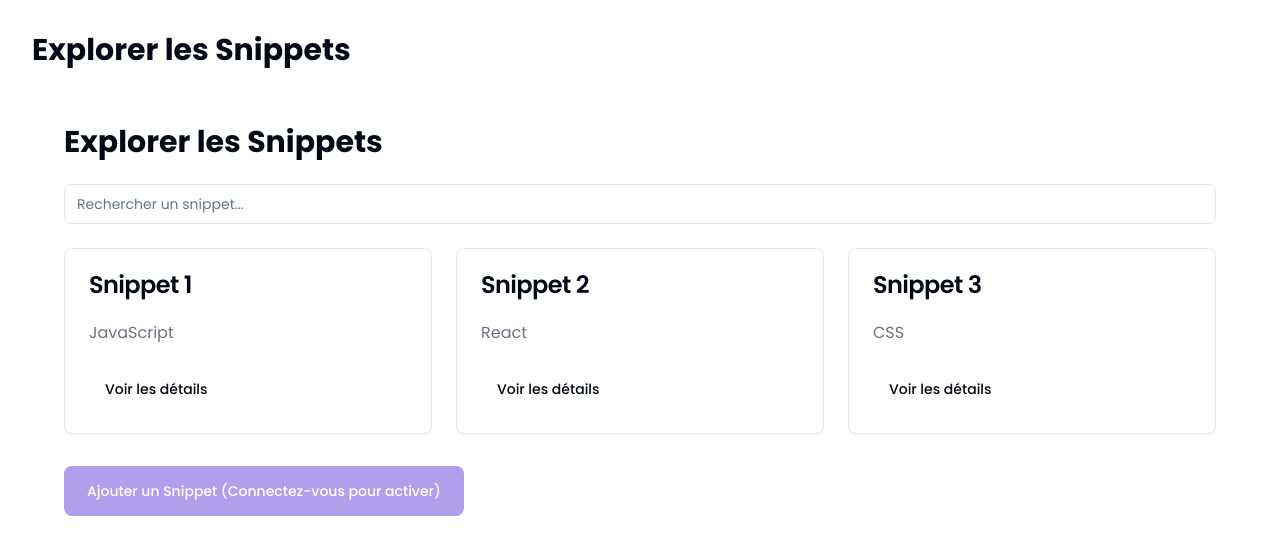
Repository: khadyba/Mediacy
Page: /Snippets
These files come from the project's save history. The page is drawn as it stood at one moment and after a run of saves; the edit follows.
The browser window is 1280 px wide. The pictures show the whole page.
The project was rebuilt for these pictures with package versions that can differ from the ones it lists, and the page was loaded fresh each time. The framework's server and built-in components were replaced by stand-ins that run in the browser. Also part of the build but not shown: next.config.mjs.

Above is the page before, as saved 2024-09-22 21:48:34.

### app/layout.tsx
import React from 'react';
import type { Metadata } from 'next';
import { Poppins } from 'next/font/google';
import "./globals.css";
const poppins = Poppins({ subsets: ["latin"],
  weight:['300','400','500','600','700'] });

export const metadata: Metadata = {
  title: "SnippetVault",

};

export default function RootLayout({
  children,
}: Readonly<{
  children: React.ReactNode;
}>) {
  return (
    <html lang="fr">
      <body className={poppins.className}>
          {children}
        </body>
    </html>
  );
}

### app/Snippets/layout.tsx
interface LandingSnippetProps {
    children: React.ReactNode;
  }

const LandingSnippet = ({ children }: LandingSnippetProps) => {
    return(
                  <div>
                    {children}
                  </div>
    )
}
export default LandingSnippet

### app/Snippets/page.tsx
"use client";

import ExploreSnippets from "../_components/CardSnippet";


export default function PageSnippets() {
  return (
    <div className="p-8">
      <h1 className="text-3xl font-bold mb-6">Explorer les Snippets</h1>

               <ExploreSnippets />
    </div>
  );
}

### app/globals.css
@tailwind base;
@tailwind components;
@tailwind utilities;


html,
body,
:root {
     height: 100%;
}

html, body {
  margin: 0;
  padding: 0;
  height: 100%;
  width: 100%;
}






:root {
  --foreground-rgb: 0, 0, 0;
  --background-start-rgb: 214, 219, 220;
  --background-end-rgb: 255, 255, 255;
}

@media (prefers-color-scheme: dark) {
  :root {
    --foreground-rgb: 255, 255, 255;
    --background-start-rgb: 0, 0, 0;
    --background-end-rgb: 0, 0, 0;
  }
}

@layer utilities {
  .text-balance {
    text-wrap: balance;
  }
}

@layer base {
  :root {
    --background: 0 0% 100%;
    --foreground: 222.2 84% 4.9%;
    --card: 0 0% 100%;
    --card-foreground: 222.2 84% 4.9%;
    --popover: 0 0% 100%;
    --popover-foreground: 222.2 84% 4.9%;
    --primary: 222.2 47.4% 11.2%;
    --primary-foreground: 210 40% 98%;
    --secondary: 210 40% 96.1%;
    --secondary-foreground: 222.2 47.4% 11.2%;
    --muted: 210 40% 96.1%;
    --muted-foreground: 215.4 16.3% 46.9%;
    --accent: 210 40% 96.1%;
    --accent-foreground: 222.2 47.4% 11.2%;
    --destructive: 0 84.2% 60.2%;
    --destructive-foreground: 210 40% 98%;
    --border: 214.3 31.8% 91.4%;
    --input: 214.3 31.8% 91.4%;
    --ring: 222.2 84% 4.9%;
    --chart-1: 12 76% 61%;
    --chart-2: 173 58% 39%;
    --chart-3: 197 37% 24%;
    --chart-4: 43 74% 66%;
    --chart-5: 27 87% 67%;
    --radius: 0.5rem;
  }
  .dark {
    --background: 222.2 84% 4.9%;
    --foreground: 210 40% 98%;
    --card: 222.2 84% 4.9%;
    --card-foreground: 210 40% 98%;
    --popover: 222.2 84% 4.9%;
    --popover-foreground: 210 40% 98%;
    --primary: 210 40% 98%;
    --primary-foreground: 222.2 47.4% 11.2%;
    --secondary: 217.2 32.6% 17.5%;
    --secondary-foreground: 210 40% 98%;
    --muted: 217.2 32.6% 17.5%;
    --muted-foreground: 215 20.2% 65.1%;
    --accent: 217.2 32.6% 17.5%;
    --accent-foreground: 210 40% 98%;
    --destructive: 0 62.8% 30.6%;
    --destructive-foreground: 210 40% 98%;
    --border: 217.2 32.6% 17.5%;
    --input: 217.2 32.6% 17.5%;
    --ring: 212.7 26.8% 83.9%;
    --chart-1: 220 70% 50%;
    --chart-2: 160 60% 45%;
    --chart-3: 30 80% 55%;
    --chart-4: 280 65% 60%;
    --chart-5: 340 75% 55%;
  }
}

@layer base {
  * {
    @apply border-border;
  }
  body {
    @apply bg-background text-foreground;
  }
}

### app/_components/CardSnippet.tsx
"use client";

import { Button } from "@/components/ui/button";
import { Input } from "@/components/ui/input";
import { Card, CardContent, CardFooter, CardHeader, CardTitle } from "@/components/ui/card";

const snippets = [
  { id: 1, title: "Snippet 1", category: "JavaScript" },
  { id: 2, title: "Snippet 2", category: "React" },
  { id: 3, title: "Snippet 3", category: "CSS" },
];

export default function ExploreSnippets() {
  return (
    <div className="p-8">
      <h1 className="text-3xl font-bold mb-6">Explorer les Snippets</h1>

      {/* Barre de recherche */}
      <div className="mb-6">
        <Input type="text" placeholder="Rechercher un snippet..." className="w-full" />
      </div>

      {/* Liste de snippets */}
      <div className="grid grid-cols-1 md:grid-cols-3 gap-6">
        {snippets.map((snippet) => (
          <Card key={snippet.id}>
            <CardHeader>
              <CardTitle>{snippet.title}</CardTitle>
            </CardHeader>
            <CardContent>
              <p className="text-gray-500">{snippet.category}</p>
            </CardContent>
            <CardFooter>
              <Button variant="outline">Voir les détails</Button>
            </CardFooter>
          </Card>
        ))}
      </div>

      {/* Bouton Ajouter un snippet (inactif) */}
      <div className="mt-8">
        <Button variant="secondary" size="lg" disabled>
          Ajouter un Snippet (Connectez-vous pour activer)
        </Button>
      </div>
    </div>
  );
}

### components/ui/button.tsx
import * as React from "react"
import { Slot } from "@radix-ui/react-slot"
import { cva, type VariantProps } from "class-variance-authority"

import { cn } from "@/lib/utils"

const buttonVariants = cva(
  "inline-flex items-center justify-center whitespace-nowrap rounded-md text-sm font-medium ring-offset-background transition-colors focus-visible:outline-none focus-visible:ring-2 focus-visible:ring-ring focus-visible:ring-offset-2 disabled:pointer-events-none disabled:opacity-50",
  {
    variants: {
      variant: {
        default: "bg-primary text-primary-foreground hover:bg-primary/90",
        primary: "bg-transparant hover:bg-[#6841DA] text-[#6841DA] hover:text-white border-[3px] border-[#6841DA] ",
        secondary: "bg-[#6841DA] text-white border-[3px] border-[#6841DA] ",
        purple: "bg-transparant  text-[#6841DA] border-[3px]  hover:bg-[#6841DA] hover:text-white border-[#6841DA] "
      },
      size: {
        default: "h-10 px-4 py-2",
        sm: "h-9 rounded-md px-3",
        lg: "h-[50px]  rounded-lg px-5 py-4",
        icon: "h-10 w-10",
      },
    },
    defaultVariants: {
      variant: "default",
      size: "default",
    },
  }
)

export interface ButtonProps
  extends React.ButtonHTMLAttributes<HTMLButtonElement>,
    VariantProps<typeof buttonVariants> {
  asChild?: boolean
}

const Button = React.forwardRef<HTMLButtonElement, ButtonProps>(
  ({ className, variant, size, asChild = false, ...props }, ref) => {
    const Comp = asChild ? Slot : "button"
    return (
      <Comp
        className={cn(buttonVariants({ variant, size, className }))}
        ref={ref}
        {...props}
      />
    )
  }
)
Button.displayName = "Button"

export { Button, buttonVariants }

### components/ui/input.tsx
import * as React from "react"

import { cn } from "@/lib/utils"

export interface InputProps
  extends React.InputHTMLAttributes<HTMLInputElement> {}

const Input = React.forwardRef<HTMLInputElement, InputProps>(
  ({ className, type, ...props }, ref) => {
    return (
      <input
        type={type}
        className={cn(
         "flex h-10 w-full rounded-md border border-input bg-background px-3 py-2 text-sm ring-offset-background file:border-0 file:bg-transparent file:text-sm file:font-medium file:text-foreground placeholder:text-muted-foreground focus-visible:outline-none focus-visible:ring-2 focus-visible:ring-[#6841DA] focus-visible:ring-offset-2 hover:border-[#6841DA] disabled:cursor-not-allowed disabled:opacity-50",
          className
        )}
        ref={ref}
        {...props}
      />
    )
  }
)
Input.displayName = "Input"

export { Input }

### components/ui/card.tsx
import * as React from "react"

import { cn } from "@/lib/utils"

const Card = React.forwardRef<
  HTMLDivElement,
  React.HTMLAttributes<HTMLDivElement>
>(({ className, ...props }, ref) => (
  <div
    ref={ref}
    className={cn(
      "rounded-lg border bg-card text-card-foreground shadow-sm",
      className
    )}
    {...props}
  />
))
Card.displayName = "Card"

const CardHeader = React.forwardRef<
  HTMLDivElement,
  React.HTMLAttributes<HTMLDivElement>
>(({ className, ...props }, ref) => (
  <div
    ref={ref}
    className={cn("flex flex-col space-y-1.5 p-6", className)}
    {...props}
  />
))
CardHeader.displayName = "CardHeader"

const CardTitle = React.forwardRef<
  HTMLParagraphElement,
  React.HTMLAttributes<HTMLHeadingElement>
>(({ className, ...props }, ref) => (
  <h3
    ref={ref}
    className={cn(
      "text-2xl font-semibold leading-none tracking-tight",
      className
    )}
    {...props}
  />
))
CardTitle.displayName = "CardTitle"

const CardDescription = React.forwardRef<
  HTMLParagraphElement,
  React.HTMLAttributes<HTMLParagraphElement>
>(({ className, ...props }, ref) => (
  <p
    ref={ref}
    className={cn("text-sm text-muted-foreground", className)}
    {...props}
  />
))
CardDescription.displayName = "CardDescription"

const CardContent = React.forwardRef<
  HTMLDivElement,
  React.HTMLAttributes<HTMLDivElement>
>(({ className, ...props }, ref) => (
  <div ref={ref} className={cn("p-6 pt-0", className)} {...props} />
))
CardContent.displayName = "CardContent"

const CardFooter = React.forwardRef<
  HTMLDivElement,
  React.HTMLAttributes<HTMLDivElement>
>(({ className, ...props }, ref) => (
  <div
    ref={ref}
    className={cn("flex items-center p-6 pt-0", className)}
    {...props}
  />
))
CardFooter.displayName = "CardFooter"

export { Card, CardHeader, CardFooter, CardTitle, CardDescription, CardContent }

### tailwind.config.ts
import type { Config } from "tailwindcss";

const config: Config = {
    darkMode: ["class"],
    content: [
    "./pages/**/*.{js,ts,jsx,tsx,mdx}",
    "./components/**/*.{js,ts,jsx,tsx,mdx}",
    "./app/**/*.{js,ts,jsx,tsx,mdx}",
  ],
  theme: {
  	extend: {
  		backgroundImage: {
  			'gradient-radial': 'radial-gradient(var(--tw-gradient-stops))',
  			'gradient-conic': 'conic-gradient(from 180deg at 50% 50%, var(--tw-gradient-stops))'
  		},
  		borderRadius: {
  			lg: 'var(--radius)',
  			md: 'calc(var(--radius) - 2px)',
  			sm: 'calc(var(--radius) - 4px)'
  		},
  		colors: {
  			background: 'hsl(var(--background))',
  			foreground: 'hsl(var(--foreground))',
  			card: {
  				DEFAULT: 'hsl(var(--card))',
  				foreground: 'hsl(var(--card-foreground))'
  			},
  			popover: {
  				DEFAULT: 'hsl(var(--popover))',
  				foreground: 'hsl(var(--popover-foreground))'
  			},
  			primary: {
  				DEFAULT: 'hsl(var(--primary))',
  				foreground: 'hsl(var(--primary-foreground))'
  			},
  			secondary: {
  				DEFAULT: 'hsl(var(--secondary))',
  				foreground: 'hsl(var(--secondary-foreground))'
  			},
  			muted: {
  				DEFAULT: 'hsl(var(--muted))',
  				foreground: 'hsl(var(--muted-foreground))'
  			},
  			accent: {
  				DEFAULT: 'hsl(var(--accent))',
  				foreground: 'hsl(var(--accent-foreground))'
  			},
  			destructive: {
  				DEFAULT: 'hsl(var(--destructive))',
  				foreground: 'hsl(var(--destructive-foreground))'
  			},
  			border: 'hsl(var(--border))',
  			input: 'hsl(var(--input))',
  			ring: 'hsl(var(--ring))',
  			chart: {
  				'1': 'hsl(var(--chart-1))',
  				'2': 'hsl(var(--chart-2))',
  				'3': 'hsl(var(--chart-3))',
  				'4': 'hsl(var(--chart-4))',
  				'5': 'hsl(var(--chart-5))'
  			},
			  transparent: 'transparent',
			  current: 'currentColor',
			  'white': '#ffffff',
			  'purple': '#3f3cbb',
			  'midnight': '#121063',
			  'metal': '#565584',
			  'tahiti': '#3ab7bf',
			  'silver': '#ecebff',
			  'bubble-gum': '#ff77e9',
			  'bermuda': '#78dcca',
  		}
  	}
  },
  plugins: [require("tailwindcss-animate")],
};
export default config;

Loaded but not shown: lib/utils.ts (common file)

After the next 12 saves:
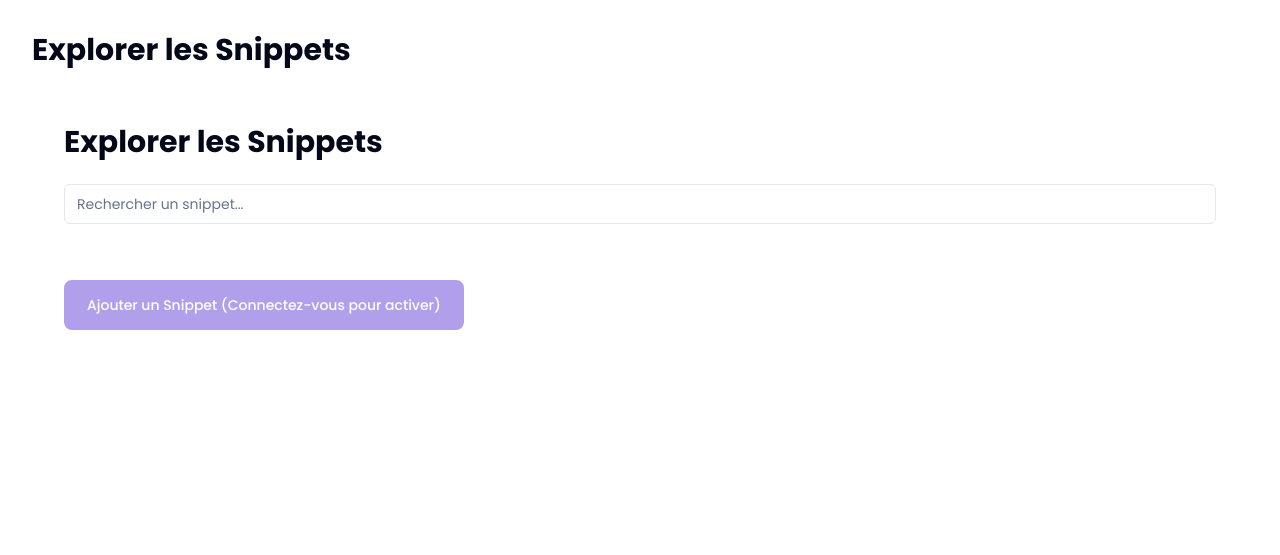
The 12 saves are shown as one change because 2 did not build or start and some came seconds apart.
The last was saved 112 s later.
--- a/app/_components/CardSnippet.tsx
+++ b/app/_components/CardSnippet.tsx
@@ -1,16 +1,13 @@
 "use client";
-
+import { useState, useEffect } from "react";
 import { Button } from "@/components/ui/button";
 import { Input } from "@/components/ui/input";
 import { Card, CardContent, CardFooter, CardHeader, CardTitle } from "@/components/ui/card";
 
-const snippets = [
-  { id: 1, title: "Snippet 1", category: "JavaScript" },
-  { id: 2, title: "Snippet 2", category: "React" },
-  { id: 3, title: "Snippet 3", category: "CSS" },
-];
+
 
 export default function ExploreSnippets() {
+    const [snippets, setSnippets] = useState([]);
   return (
     <div className="p-8">
       <h1 className="text-3xl font-bold mb-6">Explorer les Snippets</h1>
